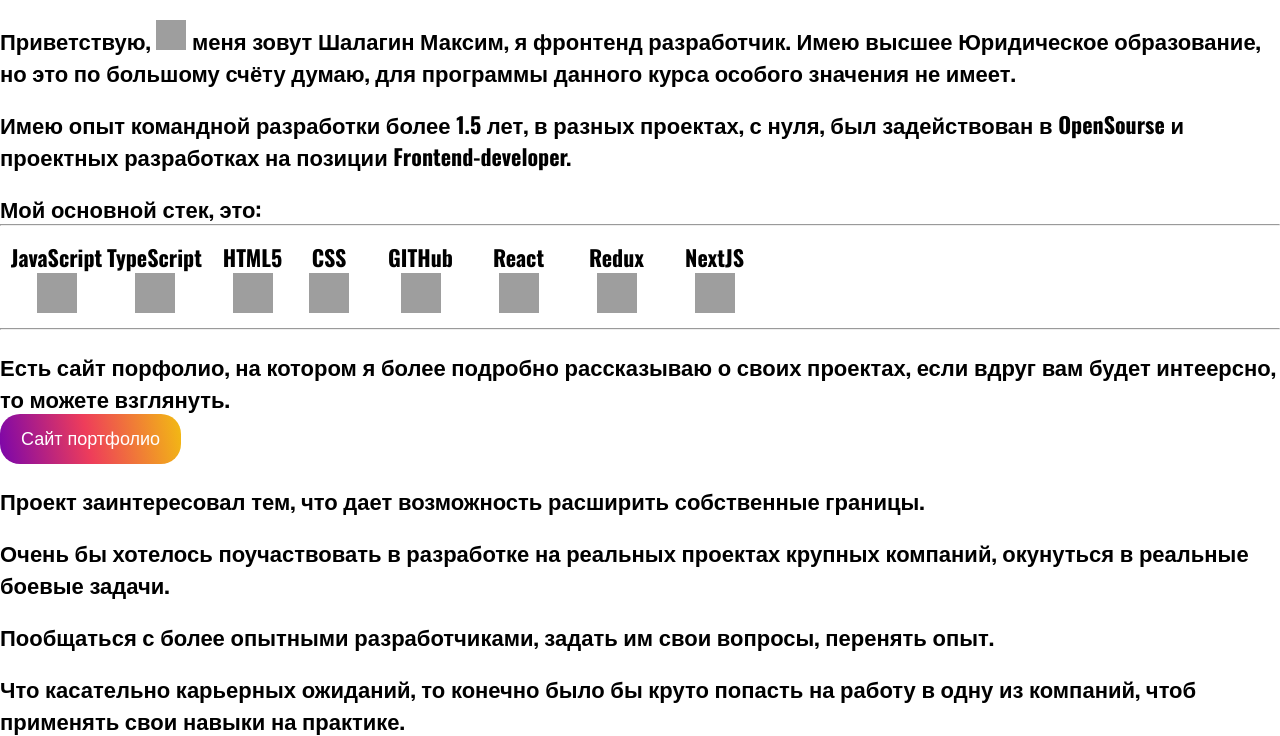
Repository: ni4egonepridumal/letter
Page: index.html
The author's editor kept a copy of each file at every save. The page is drawn from the files as they stood at one save, then again after the next save.
The browser window is 1280 px wide. The pictures show the whole page.
Pictures or frames that could not be fetched are drawn as grey boxes.

Above is the page before, as saved 2024-01-18 18:02:58.

### index.html
<!DOCTYPE html>
<html lang="en">
  <head>
    <meta charset="UTF-8" />
    <meta name="viewport" content="width=device-width, initial-scale=1.0" />
    <link rel="stylesheet" href="style.css" />
    <link rel="preconnect" href="https://fonts.googleapis.com" />
    <link rel="preconnect" href="https://fonts.gstatic.com" crossorigin />
    <link
      href="https://fonts.googleapis.com/css2?family=Oswald:wght@200..700&display=swap"
      rel="stylesheet"
    />
    <title>Document</title>
  </head>
  <body>
    <div class="container">
      <p>
        Приветствую,
        <span>
          <img
            src="https://upload.wikimedia.org/wikipedia/commons/thumb/1/17/Noto_Emoji_Pie_1f44b_1f3fb.svg/1024px-Noto_Emoji_Pie_1f44b_1f3fb.svg.png"
            width="30"
            height="30"
            alt="smile"
          /> </span
        >меня зовут Шалагин Максим, я фронтенд разработчик. Имею высшее
        Юридическое образование, но это по большому счёту думаю, для программы
        данного курса особого значения не имеет.
      </p>
      <p>
        Имею опыт командной разработки более 1.5 лет, в разных проектах, с нуля,
        был задействован в OpenSourse и проектных разработках на позиции
        Frontend-developer.
      </p>
      <p>Мой основной стек, это:</p>
      <hr />

      <div class="myScills">
        <div class="img">
          <label>JavaScript</label
          ><img
            src="https://raw.githubusercontent.com/devicons/devicon/master/icons/javascript/javascript-original.svg"
            alt="javascript"
            width="40"
            height="40"
          />
        </div>
        <div class="img">
          <label>TypeScript</label
          ><img
            src="https://raw.githubusercontent.com/devicons/devicon/master/icons/typescript/typescript-original.svg"
            alt="typescript"
            width="40"
            height="40"
          />
        </div>
        <div class="img">
          <label>HTML5</label
          ><img
            src="https://raw.githubusercontent.com/devicons/devicon/master/icons/html5/html5-original-wordmark.svg"
            alt="html5"
            width="40"
            height="40"
          />
        </div>
        <div class="img_css">
          <label>CSS</label
          ><img
            src="https://raw.githubusercontent.com/devicons/devicon/master/icons/css3/css3-original-wordmark.svg"
            alt="css3"
            width="40"
            height="40"
          />
        </div>
        <div class="img">
          <label>GITHub</label
          ><img
            src="https://raw.githubusercontent.com/devicons/devicon/master/icons/github/github-original.svg"
            alt="git"
            width="40"
            height="40"
          />
        </div>
        <div class="img">
          <label>React</label
          ><img
            src="https://raw.githubusercontent.com/devicons/devicon/master/icons/react/react-original-wordmark.svg"
            alt="react"
            width="40"
            height="40"
          />
        </div>
        <div class="img">
          <label>Redux</label
          ><img
            src="https://raw.githubusercontent.com/devicons/devicon/master/icons/redux/redux-original.svg"
            alt="redux"
            width="40"
            height="40"
          />
        </div>
        <div class="img">
          <label>NextJS</label
          ><img
            src="https://cdn.worldvectorlogo.com/logos/nextjs-2.svg"
            alt="nextjs"
            width="40"
            height="40"
          />
        </div>
      </div>
      <hr />

      <p>
        Есть сайт порфолио, на котором я более подробно рассказываю о своих
        проектах, если вдруг вам будет интеерсно, то можете взглянуть.
      </p>
      <div>
        <a class="href" href="https://portfolio-three-taupe-20.vercel.app/">
          <button class="inner_href">Сайт портфолио</button>
        </a>
      </div>
      <p>
        Проект заинтересовал тем, что дает возможность расширить собственные
        границы.
      </p>
      <p>
        Очень бы хотелось поучаствовать в разработке на реальных проектах
        крупных компаний, окунуться в реальные боевые задачи.
      </p>
      <p>
        Пообщаться с более опытными разработчиками, задать им свои вопросы,
        перенять опыт.
      </p>
      <p>
        Что касательно карьерных ожиданий, то конечно было бы круто попасть на
        работу в одну из компаний, чтоб применять свои навыки на практике.
      </p>
    </div>
  </body>
</html>

### style.css
* {
  margin: 0;
  padding: 0;
  box-sizing: border-box;
}

body {
  font-size: 22px;
  font-weight: 700;
  font-family: "Oswald", sans-serif;
}
p {
  margin-top: 20px;
}
.container {
  max-width: 1600px;
  margin: 0 auto;
}
.myScills {
  display: flex;
  flex-wrap: wrap;
  margin: 15px 0;
}
.img {
  width: 83px;
  display: flex;
  justify-content: center;
  flex-wrap: wrap;
  margin-left: 15px;
}
.img_css {
  width: 70px;
  display: flex;
  justify-content: center;
  flex-wrap: wrap;
}
.inner_href {
  width: 181px;
  height: 50px;
  padding: 0 15px;
  border-radius: 20px;
  border: none;
  background: linear-gradient(
    78.55deg,
    #7a05ab 0%,
    #ee3d5a 48.44%,
    #f2bc12 100%
  );
  cursor: pointer;
  font-size: 18px;
  color: white;
}
.inner_href:hover {
  background: linear-gradient(
    264.48deg,
    #7a05ab 7.38%,
    #ee3d5a 47.97%,
    #f2bc12 91.19%
  );
}
.href {
  text-decoration: none;
  vertical-align: middle;
}

After the next save:
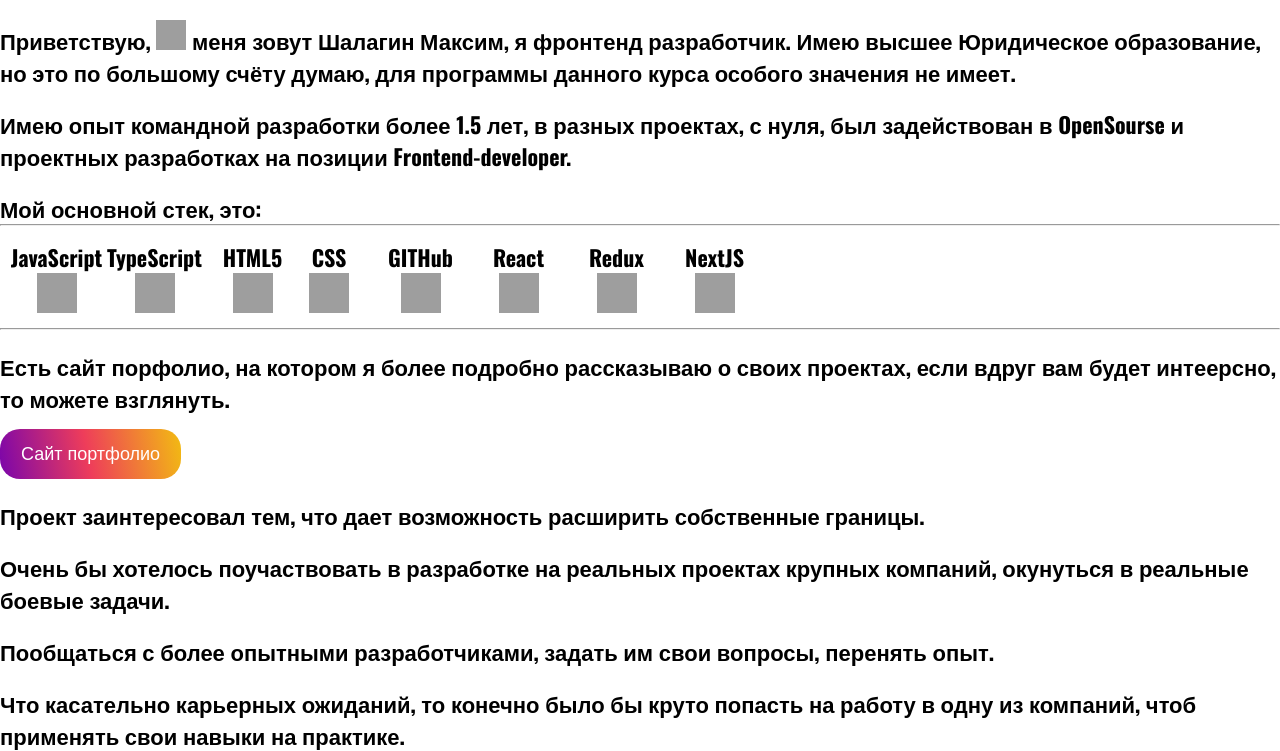
Saved 16 s later.
--- a/index.html
+++ b/index.html
@@ -115,7 +115,7 @@
         Есть сайт порфолио, на котором я более подробно рассказываю о своих
         проектах, если вдруг вам будет интеерсно, то можете взглянуть.
       </p>
-      <div>
+      <div style="margin-top: 15px">
         <a class="href" href="https://portfolio-three-taupe-20.vercel.app/">
           <button class="inner_href">Сайт портфолио</button>
         </a>
